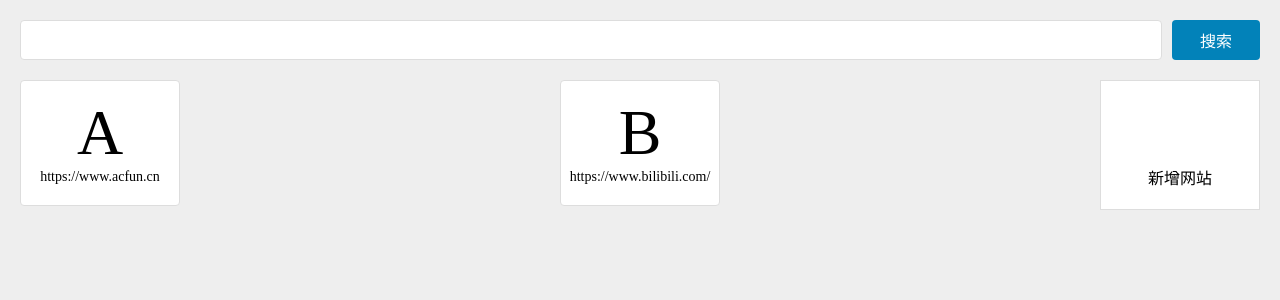
Repository: invierno123/nav
Page: index.html
These files come from the project's save history. The page is drawn as it stood at one moment and after the next save; the edit follows.
The browser window is 1280 px wide. The pictures show the whole page.

Above is the page before, as saved 2020-11-19 16:56:01.

After the next save:
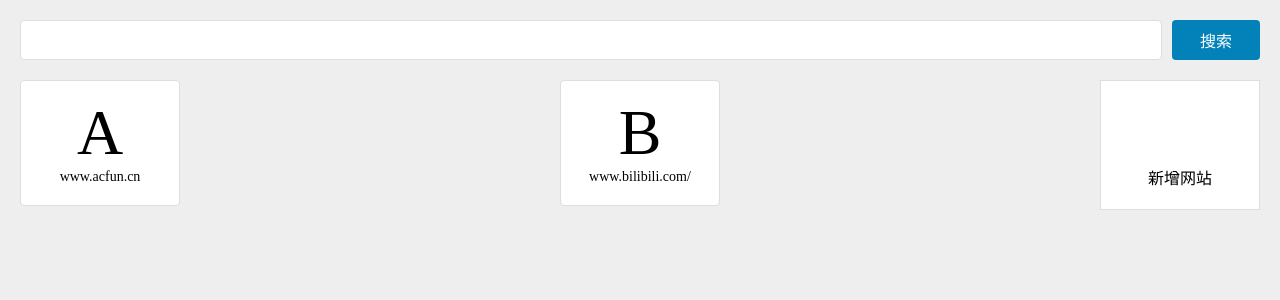
Saved 23 h 0 min later.
--- a/main.js
+++ b/main.js
@@ -3,6 +3,11 @@ const $lastLi = $siteList.find('li.last')
 const x = localStorage.getItem('x')
 const xObject = JSON.parse(x)
 const hashMap = xObject||[{logo:'A',logoType:'text',url:'https://www.acfun.cn'},{logo:'B',logoType:'text',url:"https://www.bilibili.com/"}]
+
+const simplifyUrl=(url)=>{
+    return url.replace('https://','')
+}
+
 
  const render = ()=>{
     $siteList.find('li:not(.last)').remove()
@@ -11,7 +16,7 @@ const hashMap = xObject||[{logo:'A',logoType:'text',url:'https://www.acfun.cn'},
      <a href="${node.url}">
          <div class="site">
              <div class="logo">${node.logo[0]}</div>
-             <div class="link">${node.url}</div>
+             <div class="link">${simplifyUrl(node.url)}</div>
          </div>
      </a>
   </li>`).insertBefore($lastLi)
